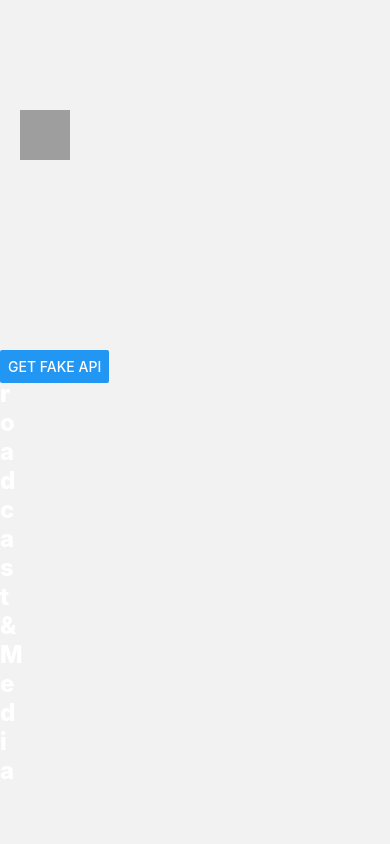
Repository: BCIT-Rooty/rooty-expo
Screen: /BroadcastMedia
The author's editor kept a copy of each file at every save. The screen is drawn from the files as they stood at one save, then again after a run of saves.
Pictures or frames that could not be fetched are drawn as grey boxes. The app was drawn by React Native's web renderer in a window 390 px wide. The project was rebuilt for these pictures with package versions that can differ from the ones it lists, and the page was loaded fresh each time. Also part of the build but not shown: components/text.js, components/postCard.js, screens/Computing.js, screens/Marketing.js, screens/BusinessFinance.js, screens/DigitalArtsDesign.js, screens/Tutoring.js.

Above is the screen before, as saved 2022-12-11 18:47:23.

After the next 2 saves:
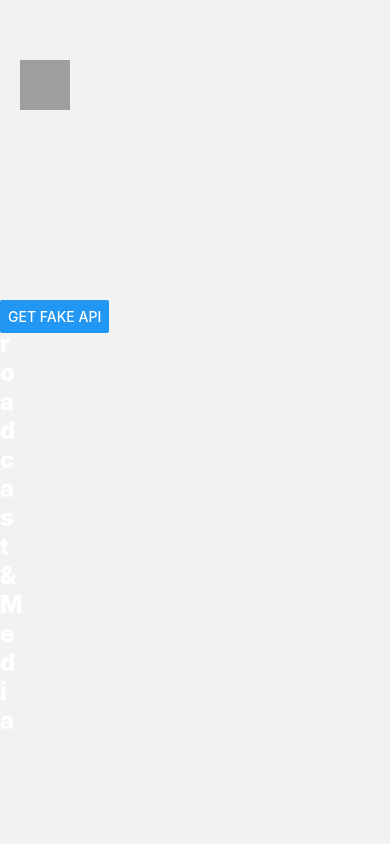
The 2 saves are shown as one change because they came seconds apart.
The last was saved 11 s later.
--- a/screens/BroadcastMedia.js
+++ b/screens/BroadcastMedia.js
@@ -52,7 +52,7 @@ export default function BroadcastMedia() {
 
 
   return (
-    <KeyboardAvoidingView style={{display:"flex", justifyContent:"start", alignItems:"start", height:"100%", paddingTop: 50}}>
+    <KeyboardAvoidingView style={{display:"flex", justifyContent:"start", alignItems:"start", height:"100%"}}>
      <HeaderCat></HeaderCat>
     <Button onPress={() => GetAPICards()} title="Get Fake API"/>
     <ScrollView contentContainerStyle={{display:"flex", justifyContent:"start", alignItems:"center",}} style={{marginTop:50, width:"100%",}}>
